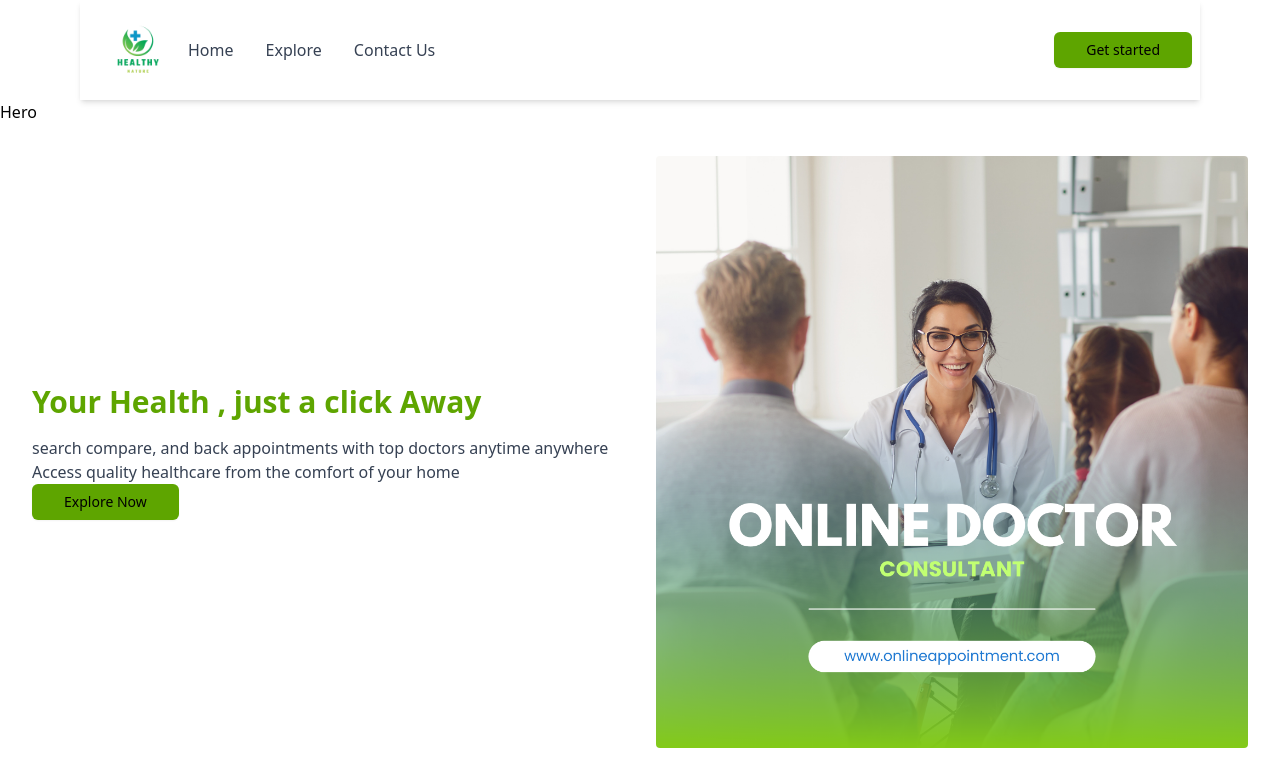
Repository: Muyassar-Mamdoh-Salem/appooinetment_app_frontend
Page: /
These files come from the project's save history. The page is drawn as it stood at one moment and after a run of saves; the edit follows.
The browser window is 1280 px wide. The pictures show the whole page.
The project was rebuilt for these pictures with package versions that can differ from the ones it lists, and the page was loaded fresh each time. The framework's server and built-in components were replaced by stand-ins that run in the browser. Also part of the build but not shown: next.config.mjs.

Above is the page before, as saved 2025-07-03 15:26:06.

After the next 9 saves:
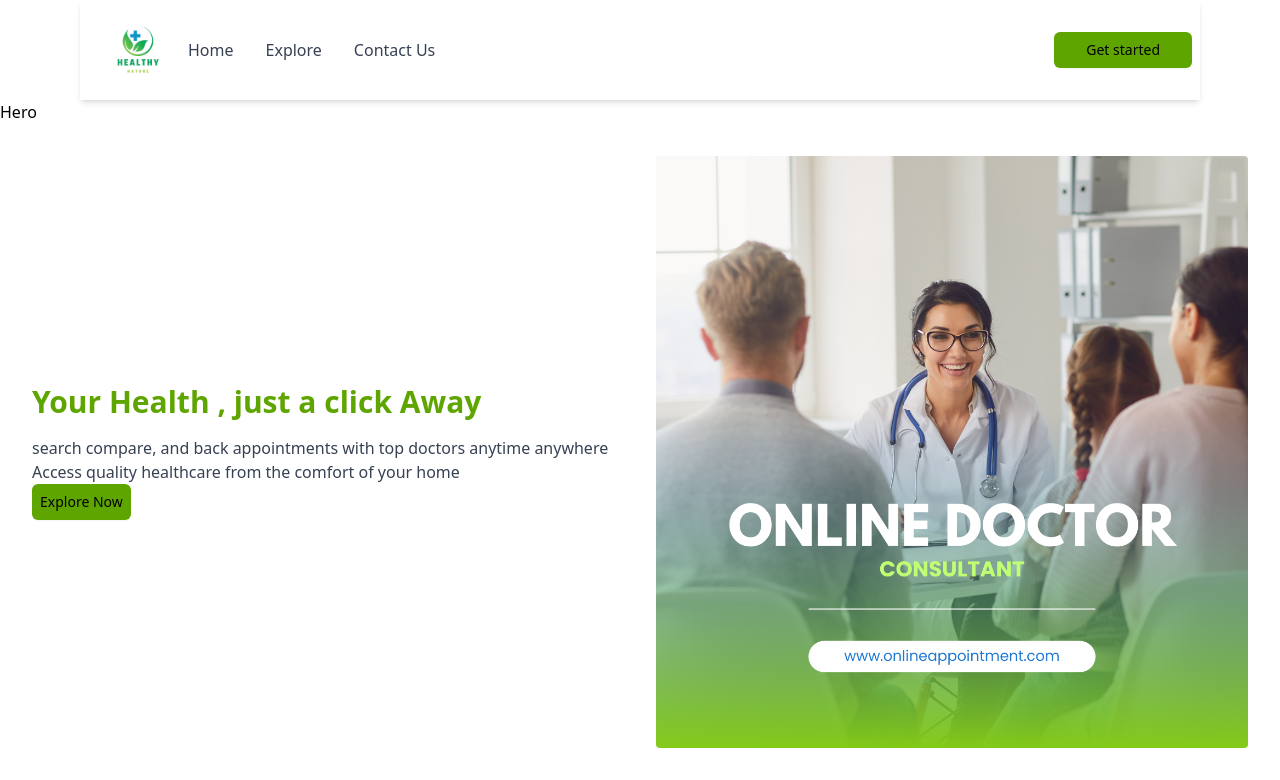
The 9 saves are shown as one change because they came seconds apart.
The last was saved 27 s later.
--- a/app/_compnents/Hero.jsx
+++ b/app/_compnents/Hero.jsx
@@ -16,7 +16,7 @@ function Hero() {
           <p className="mt-4 text-gray-700">
            search compare, and back appointments with top doctors anytime anywhere Access quality healthcare from the comfort of your home
           </p>
-          <Button className="p">Explore Now</Button>
+          <Button className="p-2 bg-lime-600 text">Explore Now</Button>
         </div>
       </div>
 
